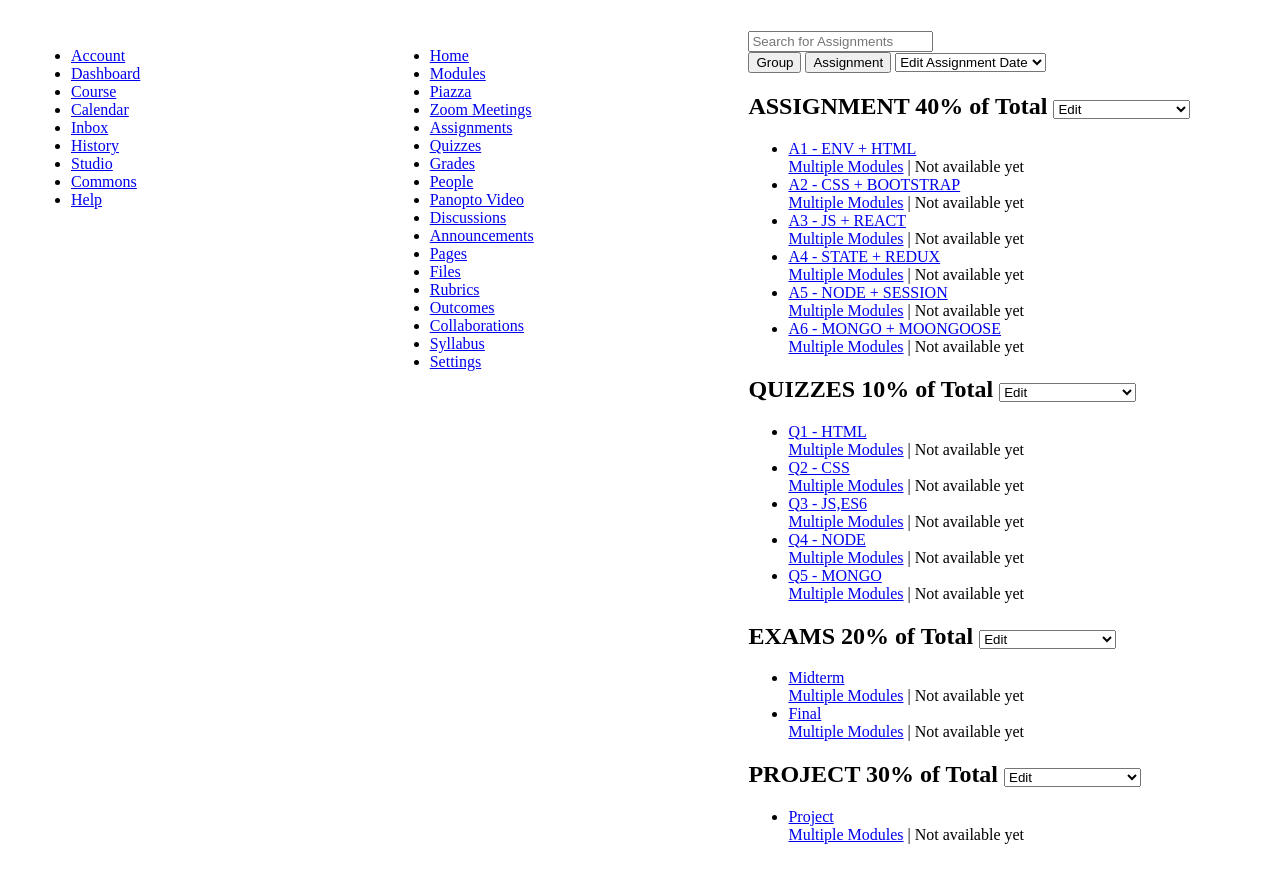
Repository: yuqiant/kanbas-react-web-app
Page: public/kanbas/edit.html
These files come from the project's save history. The page is drawn as it stood at one moment and after the next save; the edit follows.
The browser window is 1280 px wide. The pictures show the whole page.

Above is the page before, as saved 2023-09-13 00:07:00.

After the next save:
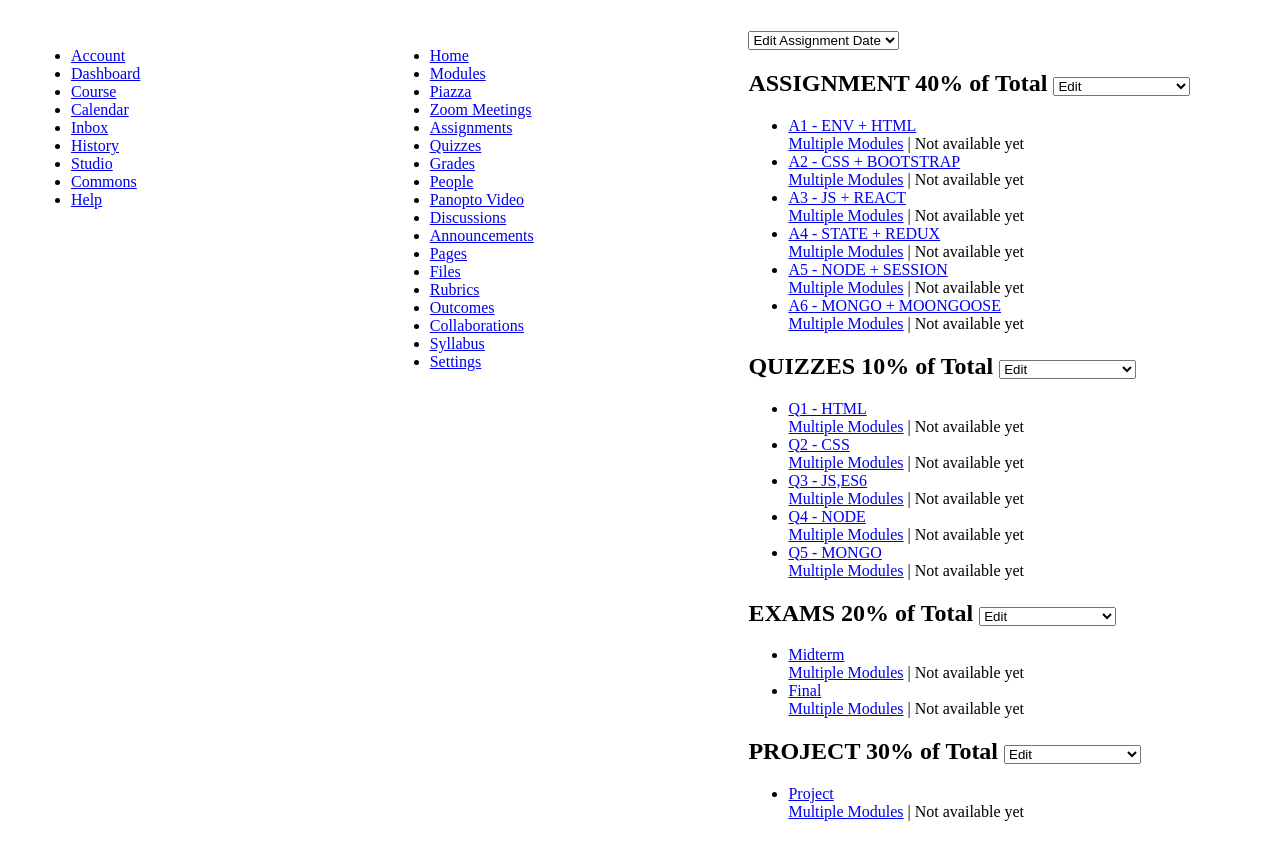
Saved 28 min 13 s later.
--- a/public/kanbas/edit.html
+++ b/public/kanbas/edit.html
@@ -60,9 +60,7 @@
             </td>
             <td id="thirdColumn" style="width: 250px;">
                 <form id="text-fields">
-                    <input id="text-fields-assginment" placeholder="Search for Assignments" /><br />
-                    <button type="button">Group</button>
-                    <button type="button">Assignment</button>
+
                     <select id="select-one">
                         <option value="ALL">Edit Assignment Date</option>
                     </select>
